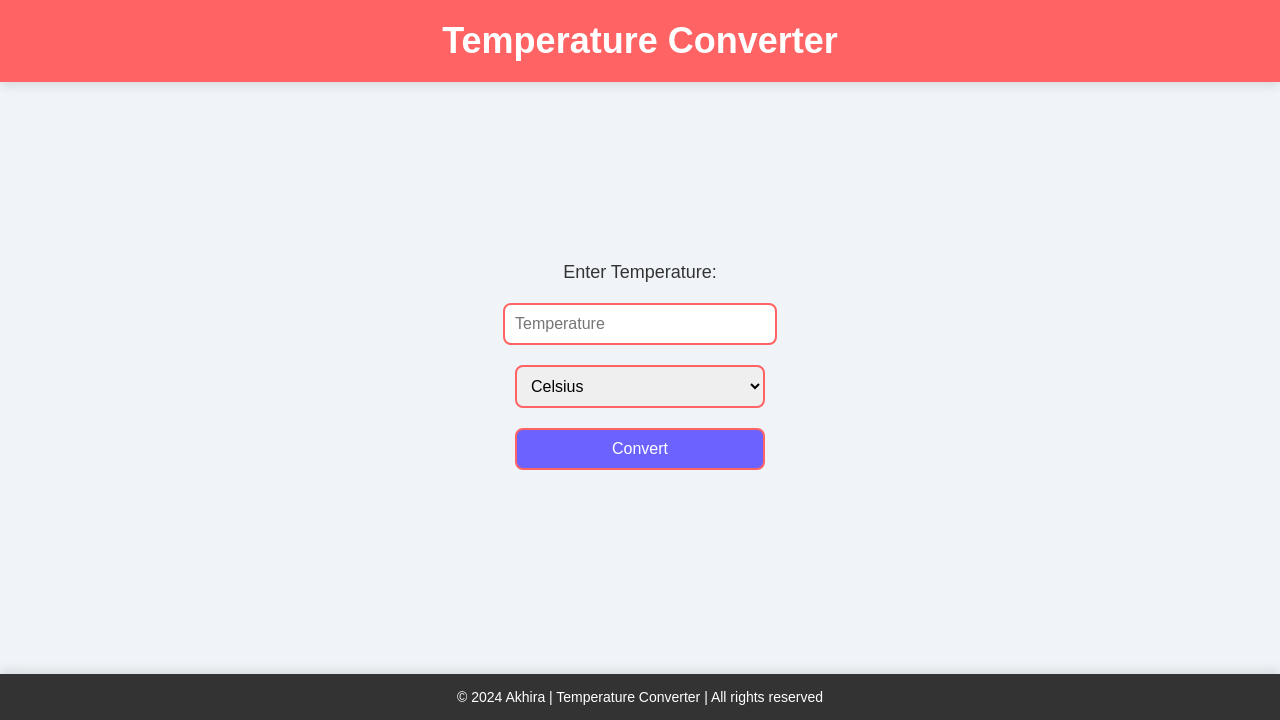
Repository: akhiranandan-04/Temperature-Converter
Page: index.html
The author's editor kept a copy of each file at every save. The page is drawn from the files as they stood at one save, then again after the next save.
The browser window is 1280 px wide. The pictures show the whole page.

Above is the page before, as saved 2024-10-19 13:19:48.

### index.html
<!DOCTYPE html>
<html lang="en">
<head>
    <meta charset="UTF-8">
    <meta name="viewport" content="width=device-width, initial-scale=1.0">
    <title>Temperature Converter</title>
    <link rel="stylesheet" href="style.css">
</head>
<body>
    <header>
        <h1>Temperature Converter</h1>
    </header>

    <div class="converter">
        <label for="tempInput">Enter Temperature:</label>
        <input type="number" id="tempInput" placeholder="Temperature">

        <select id="tempType">
            <option value="C">Celsius</option>
            <option value="F">Fahrenheit</option>
        </select>

        <button onclick="convertTemp()">Convert</button>

        <p id="result"></p>
    </div>

    <footer>
        <p>&copy; 2024 Akhira | Temperature Converter | All rights reserved</p>
    </footer>

    <script src="script.js"></script>
</body>
</html>

### style.css
/* Global Styles */
body {
    font-family: 'Poppins', sans-serif;
    margin: 0;
    padding: 0;
    background-color: #f0f4f8;
    display: flex;
    flex-direction: column;
    justify-content: space-between;
    min-height: 100vh;
}

header {
    background-color: #ff6363;
    color: white;
    text-align: center;
    padding: 20px 0;
    box-shadow: 0 4px 10px rgba(0, 0, 0, 0.1);
}

header h1 {
    font-size: 36px;
    margin: 0;
}


.converter {
    display: flex;
    flex-direction: column;
    align-items: center;
    justify-content: center;
    flex: 1;
    margin-top: 30px;
}

.converter label {
    font-size: 18px;
    margin-bottom: 10px;
    color: #333;
}

.converter input, .converter select, .converter button {
    width: 250px;
    padding: 10px;
    margin: 10px;
    border: 2px solid #ff6363;
    border-radius: 8px;
    font-size: 16px;
    transition: all 0.3s ease;
}

.converter input:focus, .converter select:focus, .converter button:hover {
    border-color: #ff3f3f;
    box-shadow: 0 0 8px rgba(108, 99, 255, 0.5);
}

.converter button {
    background-color: #6c63ff;
    color: white;
    cursor: pointer;
}

.converter button:active {
    background-color: #473fff;
}

.converter p {
    font-size: 24px;
    color: #555;
    margin-top: 20px;
    font-weight: bold;
    text-shadow: 1px 1px 2px rgba(0, 0, 0, 0.1);
}

footer {
    text-align: center;
    background-color: #333;
    color: white;
    padding: 15px 0;
    box-shadow: 0 -4px 10px rgba(0, 0, 0, 0.1);
    position: relative;
    bottom: 0;
    width: 100%;
}

footer p {
    margin: 0;
    font-size: 14px;
}

### script.js
function convertTemp() {
    let temp = document.getElementById('tempInput').value;
    let tempType = document.getElementById('tempType').value;
    let resultText = '';

    if (temp === '') {
        resultText = 'Please enter a temperature!';
    } else {
        temp = parseFloat(temp);
        if (tempType === 'C') {
            // Celsius to Fahrenheit
            let convertedTemp = (temp * 9/5) + 32;
            resultText = `${temp}°C is ${convertedTemp.toFixed(2)}°F`;
        } else if (tempType === 'F') {
            // Fahrenheit to Celsius
            let convertedTemp = (temp - 32) * 5/9;
            resultText = `${temp}°F is ${convertedTemp.toFixed(2)}°C`;
        }
    }

    document.getElementById('result').innerText = resultText;
}

After the next save:
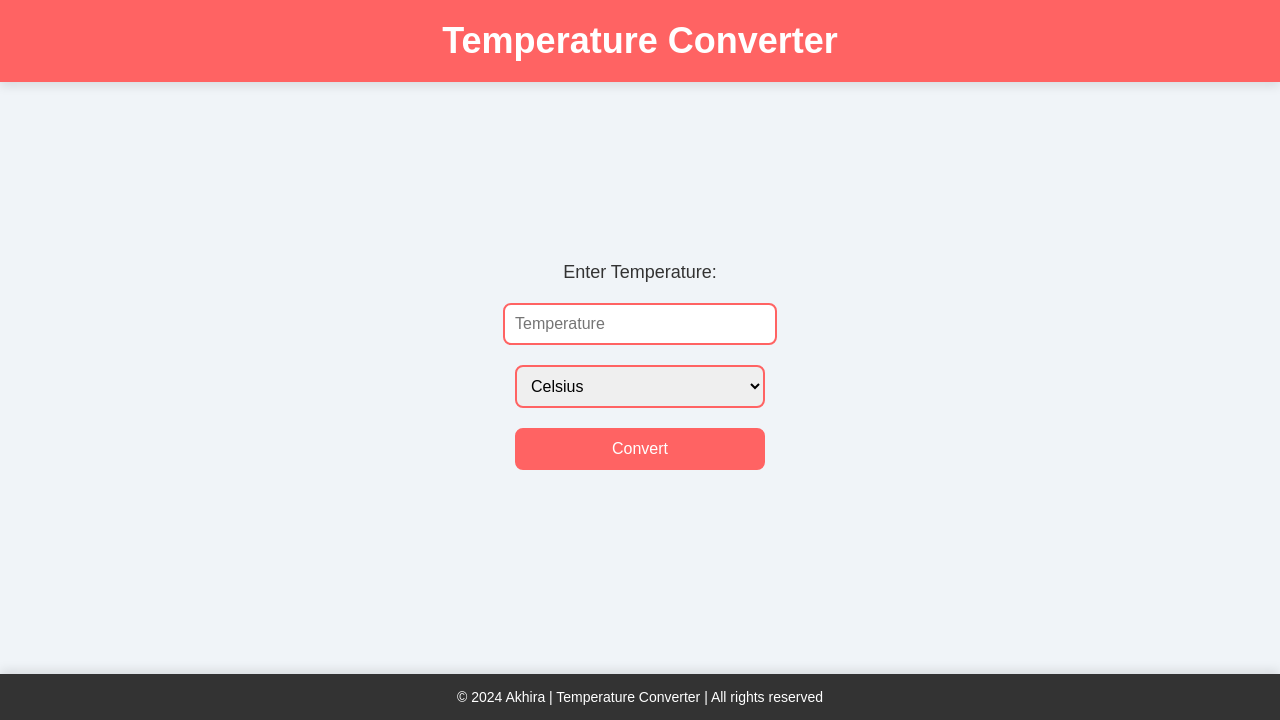
Saved 11 s later.
--- a/style.css
+++ b/style.css
@@ -55,7 +55,7 @@ header h1 {
 }
 
 .converter button {
-    background-color: #6c63ff;
+    background-color: #ff6363;
     color: white;
     cursor: pointer;
 }
